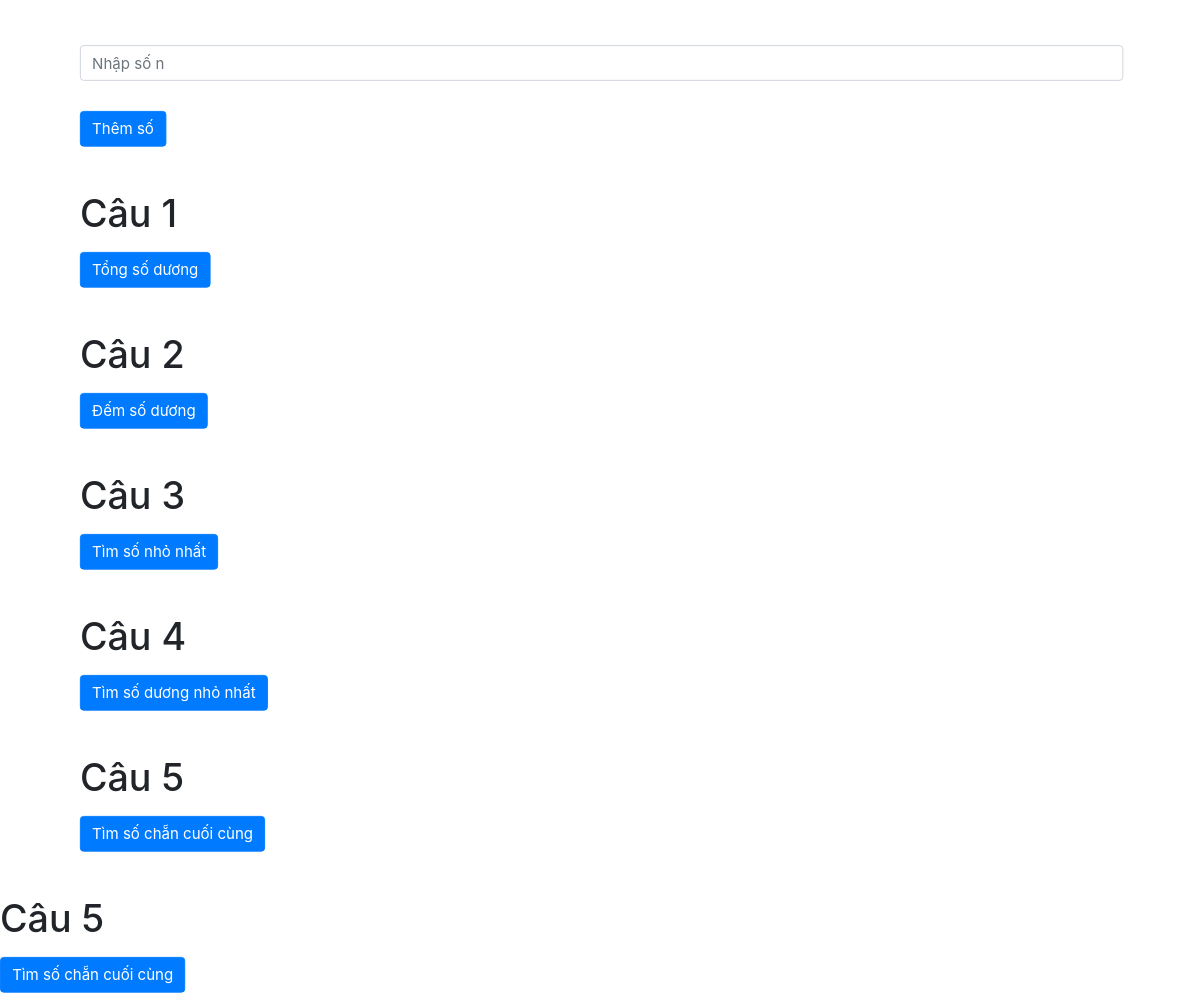
Repository: thanhfrankie/BC10-LeMinhThanh-Js-b7-8
Page: index.html
An editor plug-in stored every save of this project. The page is shown before and after the next save, followed by the edit.
The browser window is 1280 px wide. The pictures show the whole page, at 94% of full size.

Above is the page before, as saved 2023-12-27 22:37:10.

After the next save:
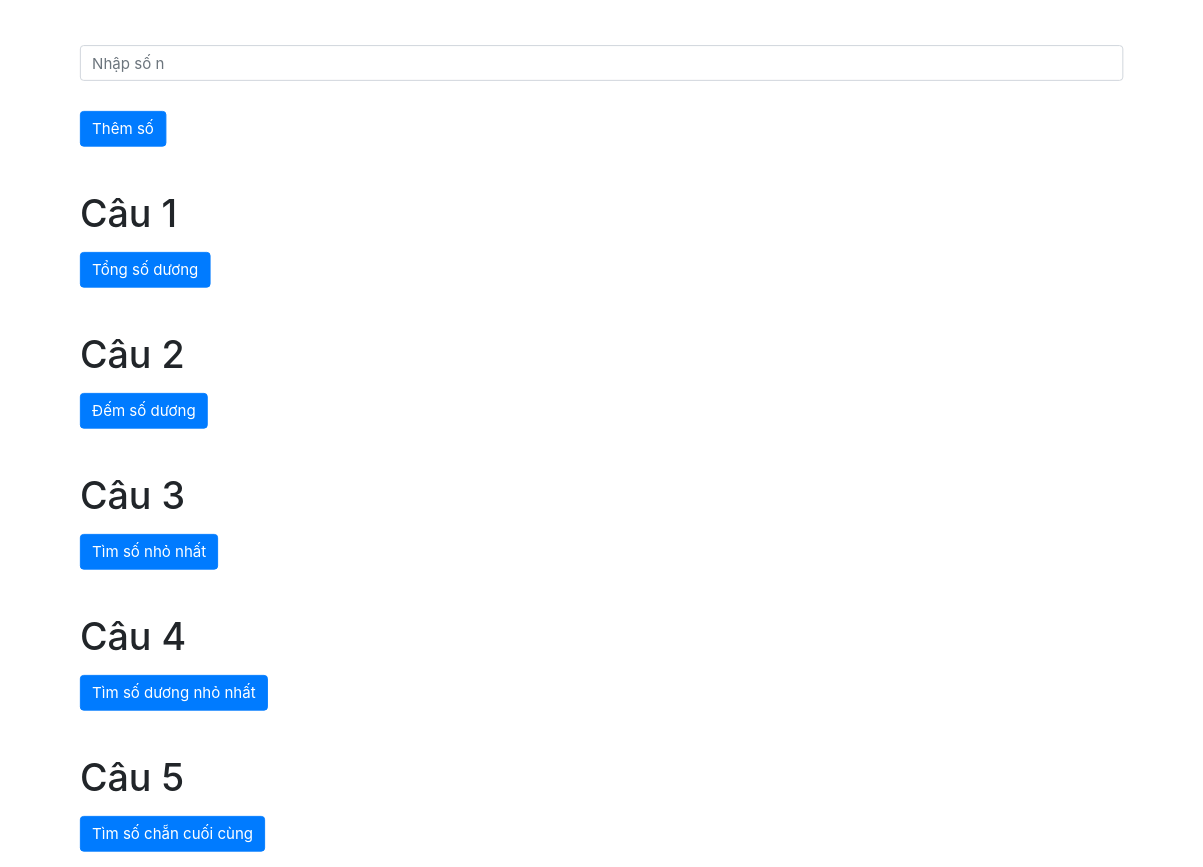
Saved 13 s later.
--- a/index.html
+++ b/index.html
@@ -98,20 +98,7 @@
                  <h2 id="so-chan-cuoi-cung"></h2>
                </div>
                </div>
-             <!-- Câu 5 -->
-             <h1 class="mt-5">Câu 5</h1>
-             <p class="mt-3">
-                 <button class="btn btn-primary" type="button" data-toggle="collapse" data-target="#cau5" aria-expanded="false"
-                         aria-controls="contentId">
-                         Tìm số chẵn cuối cùng
-                 </button>
-               </p>
-               <div class="collapse" id="cau5">
 
-                 <div class="btn btn-danger" onclick="soChanCuoiCung()">Tìm số chẵn cuối cùng</div>
-                 <h2 id="so-chan-cuoi-cung"></h2>
-               </div>
-               </div>
     </div>
 
 
